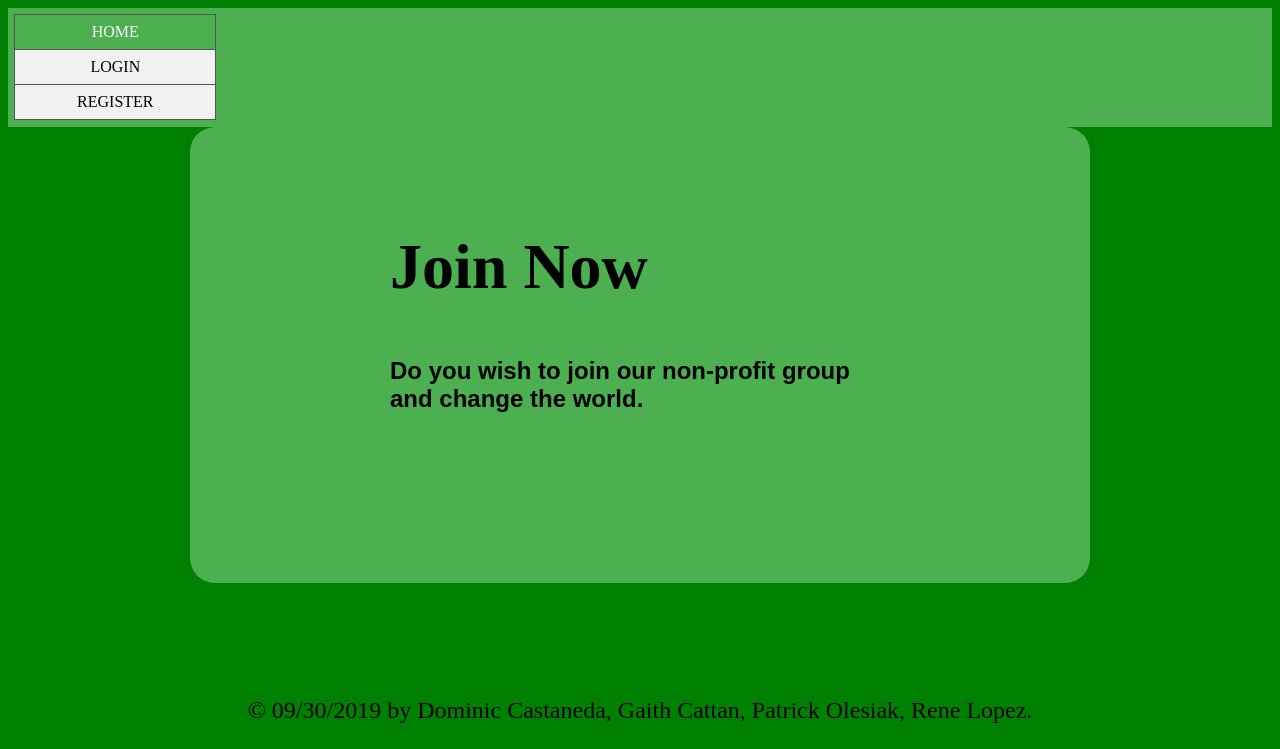
Repository: GaithCattan/COSW30
Page: http://localhost/labwork/homework5/index.php
The author's editor kept a record of every edit. The page is drawn from the files as they stood at one moment, then again after the next edit.
The browser window is 1280 px wide. The pictures show the whole page.
The page is run by PHP 8.4 with error messages shown; the project is at /var/www/html/.

Above is the page before.

### labwork/homework5/index.php
<?php // php -S localhost:8080 ?>

<?php include('includes/header.php'); ?>

    <main>

        <div id="container">
        <div id="texting">

        <h2 style="font-size: 4em;">Join Now</h2>
        <h2 style="font-family: 'Anton', sans-serif;">Do you wish to join our non-profit group and change the world.</h2>

        </div>
        </div>

    </main>

<?php include('includes/footer.php'); ?>

### labwork/homework5/includes/header.php
<!doctype html>
<html>
    <head>
         <meta charset="utf-8">
         <title>Homepage</title>

            <style>

            body {background-color: green;
            background-position: center;
            background-repeat: no-repeat;}
            h1 {text-align: center; font-size: 5em; margin-top: 40px; border-radius: 25px; margin-left: auto; margin-right: auto; background-color: grey;}
          #container {width: 900px;	margin-left: auto;	margin-right: auto;	padding-top: 50px;	padding-bottom: 150px; border-radius: 25px;	background-color: #4CAF50;}
          #texting {width: 500px; display: block; margin-left: auto; margin-right: auto;}
          input[type=submit] {background-color: blue; border: none; border-radius: 10px;  color: white;  padding: 16px 32px;  text-decoration: none;  margin: 4px 2px;  cursor: pointer;}
          header {margin: 0; color: black; background-color: #4CAF50; padding: 0.5%; text-align: center; font-size: 1em;}
          footer {font-size: 1.5em; color: white; text-align: center; margin-top: 9%;}

                ul {
                  list-style-type: none;
                  margin: 0;
                  padding: 0;
                  width: 200px;
                  background-color: #f1f1f1;
                  border: 1px solid #555;
                }

                li a {
                  display: block;
                  color: #000;
                  padding: 8px 16px;
                  text-decoration: none;
                }

                li {
                  text-align: center;
                  border-bottom: 1px solid #555;
                }

                li:last-child {
                  border-bottom: none;
                }

                li a.active {
                  background-color: #4CAF50;
                  color: white;
                }

                li a:hover:not(.active) {
                  background-color: #555;
                  color: white;
                }
            </style>

    </head>

    <body>


    <header>
        <div id="header">
            <ul id="nav">
                <li><a class="active" href="index.php">HOME</a></li>
                <li><a href="login.php">LOGIN</a></li>
                <li><a href="register.php">REGISTER</a></li>
            </ul>
        </div><!-- header -->
    </header>

### labwork/homework5/includes/footer.php

<!start of footer



    <footer>

        <p  style="font-size: 1.5em; font-family: 'Ranga', cursive; color: black; text-align: center; margin-top: 9%;">© 09/30/2019 by Dominic Castaneda, Gaith Cattan, Patrick Olesiak, Rene Lopez.</p>

    </footer>



    </body>

</html>

After the next edit:
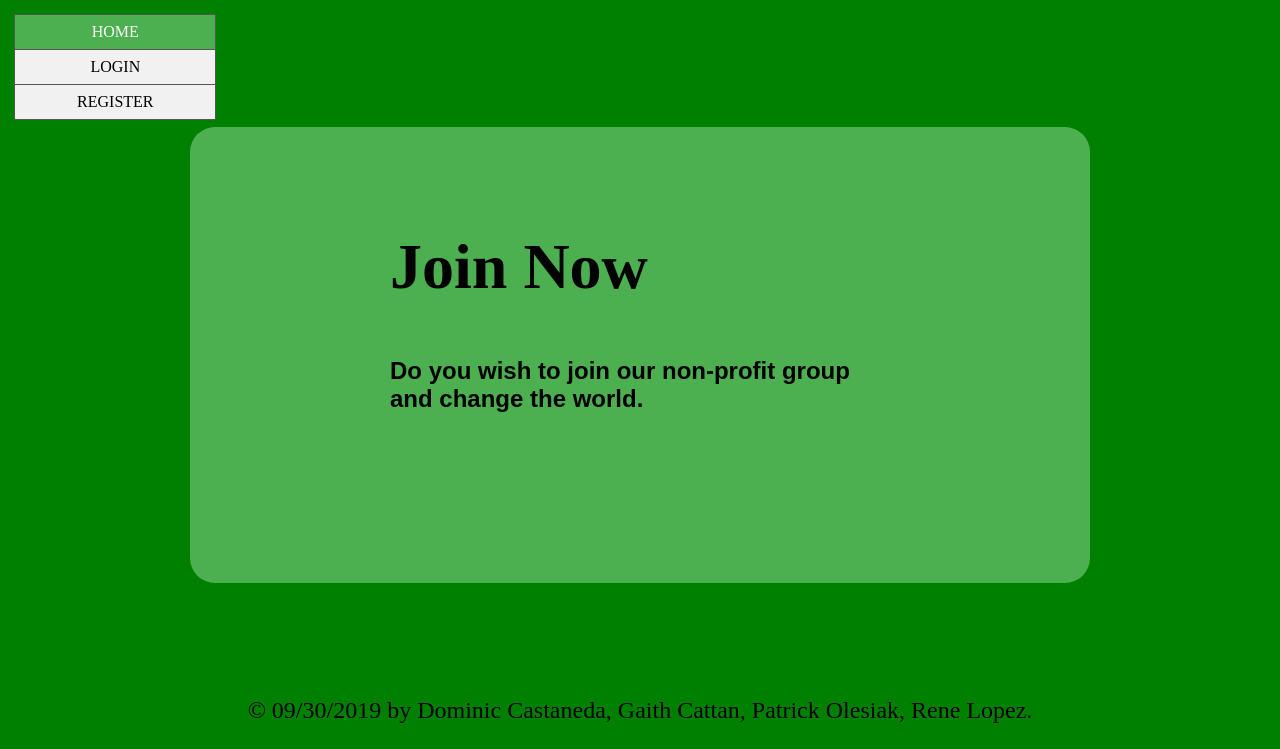
The edit:
--- a/labwork/homework5/includes/header.php
+++ b/labwork/homework5/includes/header.php
@@ -13,8 +13,7 @@
           #container {width: 900px;	margin-left: auto;	margin-right: auto;	padding-top: 50px;	padding-bottom: 150px; border-radius: 25px;	background-color: #4CAF50;}
           #texting {width: 500px; display: block; margin-left: auto; margin-right: auto;}
           input[type=submit] {background-color: blue; border: none; border-radius: 10px;  color: white;  padding: 16px 32px;  text-decoration: none;  margin: 4px 2px;  cursor: pointer;}
-          header {margin: 0; color: black; background-color: #4CAF50; padding: 0.5%; text-align: center; font-size: 1em;}
-          footer {font-size: 1.5em; color: white; text-align: center; margin-top: 9%;}
+          header {margin: 0; color: black; background-color: green; padding: 0.5%; text-align: center; font-size: 1em;}
 
                 ul {
                   list-style-type: none;
